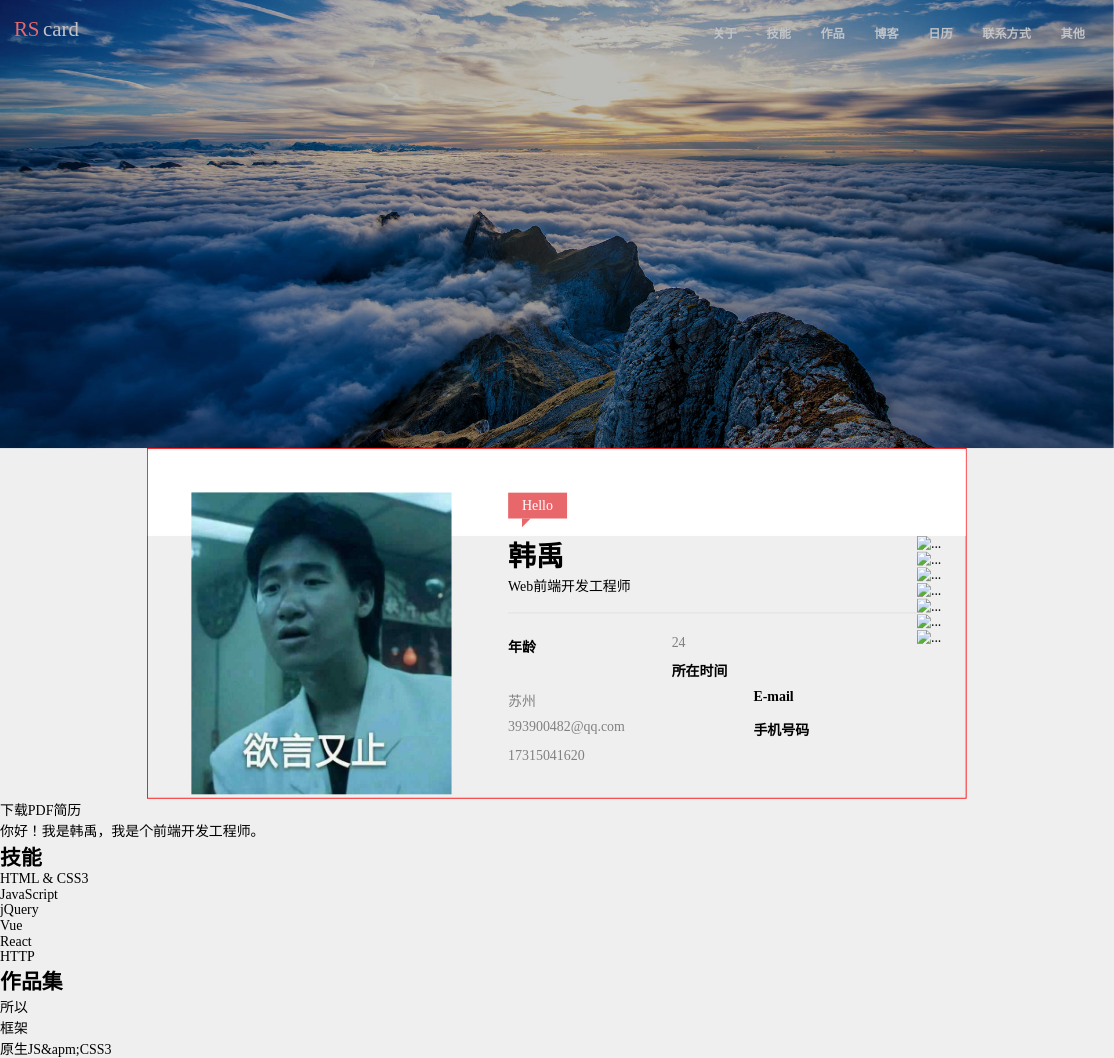
Repository: yorkHan/resume
Page: index.html
These files come from the project's save history. The page is drawn as it stood at one moment and after the next save; the edit follows.
The browser window is 1280 px wide. The pictures show the whole page, at 87% of full size.

Above is the page before, as saved 2018-04-09 23:38:33.

### index.html
<!DOCTYPE html>
<html lang="en">
<head>
    <meta charset="UTF-8">
    <meta name="viewport" content="width=device-width, initial-scale=1.0">
    <meta http-equiv="X-UA-Compatible" content="ie=edge">
    <title>Document</title>
    <link rel="stylesheet" href="./1.css">
</head>
<body>
    <div class="topNavBar clearfix">
        <div class="topNavBar-inner clearfix">
            <a class="logo" href="#" alt="logo" style="float:left;">
                <span class="rs">RS</span><span class="card">card</span>
            </a>
            <nav>
                <ul class="clearfix" style="float: right;">
                    <li><a href="#">关于</a></li>
                    <li><a href="#">技能</a></li>
                    <li><a href="#">作品</a></li>
                    <li><a href="#">博客</a></li>
                    <li><a href="#">日历</a></li>
                    <li><a href="#">联系方式</a></li>
                    <li><a href="#">其他</a></li>
                </ul>
            </nav>
        </div>
    </div>
    <div class="banner" style="background-image: url(./images/3.jpg)">
        <div class="mask"></div>
    </div>
    <main>
        <div class="usercard clearfix">
            <div class="textAndPicture">
                <div class="pic">
                    <img src="./images/avatar.png" style="width:299px;height:347px" alt="头像">
                </div>
                <div class="text">
                    <div class="profile">
                    <span class="welcome">Hello
                        <span class="triangle"></span>
                    </span>
                    <h1>韩禹</h1>
                    <p>Web前端开发工程师</p>
                    <hr>
                    <dl>
                        <dt>年龄</dt>
                        <dd>24</dd>
                        <dt>所在时间</dt>
                        <dd>苏州</dd>
                        <dt>E-mail</dt>
                        <dd>393900482@qq.com</dd>
                        <dt>手机号码</dt>
                        <dd>17315041620</dd>
                    </dl>
                </div>
                </div>
            </div>
            <footer class="media">
                <a href="#"><img src="#" alt="..."></a>
                <a href="#"><img src="#" alt="..."></a>
                <a href="#"><img src="#" alt="..."></a>
                <a href="#"><img src="#" alt="..."></a>
                <a href="#"><img src="#" alt="..."></a>
                <a href="#"><img src="#" alt="..."></a>
                <a href="#"><img src="#" alt="..."></a>
            </footer>
        </div>
        <a href="">下载PDF简历</a>
        <p>
            你好！我是韩禹，我是个前端开发工程师。
        </p>
    </main>
    <section>
        <h2>技能</h2>
        <ol>
            <li>HTML &amp; CSS3</li>
            <li>JavaScript</li>
            <li>jQuery</li>
            <li>Vue</li>
            <li>React</li>
            <li>HTTP</li>
        </ol>
    </section>
    <section>
        <h2>作品集</h2>
        <nav>
            <ol>
                <li>所以</li>
                <li>框架</li>
                <li>原生JS&apm;CSS3</li>
            </ol>
        </nav>
        <div class="jobs">
            <div class="big"></div>
            <div class='small'></div>
            <div class="small"></div>
        </div>
    </section>
</body>
</html>

### 1.css
body{
    background-color: #EFEFEF;
    margin: 0;
}
*{
    margin: 0;
    padding: 0;
}
a{
    color: inherit;
    text-decoration: none;
}
.clearfix::after{
    content: '';
    display: block;
    clear: both;
}
.topNavBar{
    padding: 20px 0px 20px 0px;
    position: fixed;
    top:0;
    left:0;
    width:100%;
}
.topNavBar-inner{
    padding: 0 16px;
}
.topNavBar nav>ul{
    list-style: none;
    margin: 0;
    padding: 0;
}
.topNavBar nav>ul>li{
    float: left;

}
.topNavBar nav>ul>li>a{
    display: block;
    font-size: 14px;
    font-weight: bold;
    color:#c1c3c7;
    margin-left: 17px;
    margin-right: 17px;
    padding-top: 5px;
    padding-bottom: 5px;
    border-top:3px solid transparent;
    border-bottom:3px solid transparent;
}
.topNavBar nav>ul>li>a:hover{
    border-bottom:3px solid #E8676B;
}
.topNavBar .logo{
    font-family: "Arial Rounded MT Bold";
    font-size: 24px;
}
.topNavBar .logo .rs{
    margin-right: 4px;
    color:#E8676B;
}
.topNavBar .logo .card {
    color:#c1c3c7;
}
.banner{
    height: 515px;
    background-position: center center;
    background-size:cover;
}
.banner .mask{
    height: 515px;
    background-color: rgba(0, 0, 0, 0.26);
}
.usercard{
    border:1px solid red;
    max-width: 940px;
    margin-left: auto;
    margin-right: auto;
}
.text .welcome{
    padding: 4px 16px;
    line-height: 22px;
    display: inline-block;
    background-color: #E8676B;
    color: white;
    position: relative;
}
.text h1{
    margin-top:18px;
}
hr{
    height: 0;
    border:none;
    border-top: 1px solid #DEDEDE;
}

.triangle{
    display: block;
    border: 10px solid transparent;
    width: 0;
    border-left-color:#E8676B;
    border-top:0;
    position: absolute;
    top:100%;
}
.usercard .pic{
    float: left;
}
.usercard .text{
    float: left;
    margin-left: 65px;
    width: 470px;
}
.usercard .text hr{
    margin: 20px 0px;
}
.usercard footer.media {
    float: none;
}
.textAndPicture{
    background-color: #FFF;
    padding: 50px;
}
.usercard dl dt{
    float: left;
    width: 40%;
    padding: 5px 0;
    font-weight: bold;
}
.usercard dl dd{
    float: left;
    width: 60%;
    padding: 5px 0;
    color: gray;
}

After the next save:
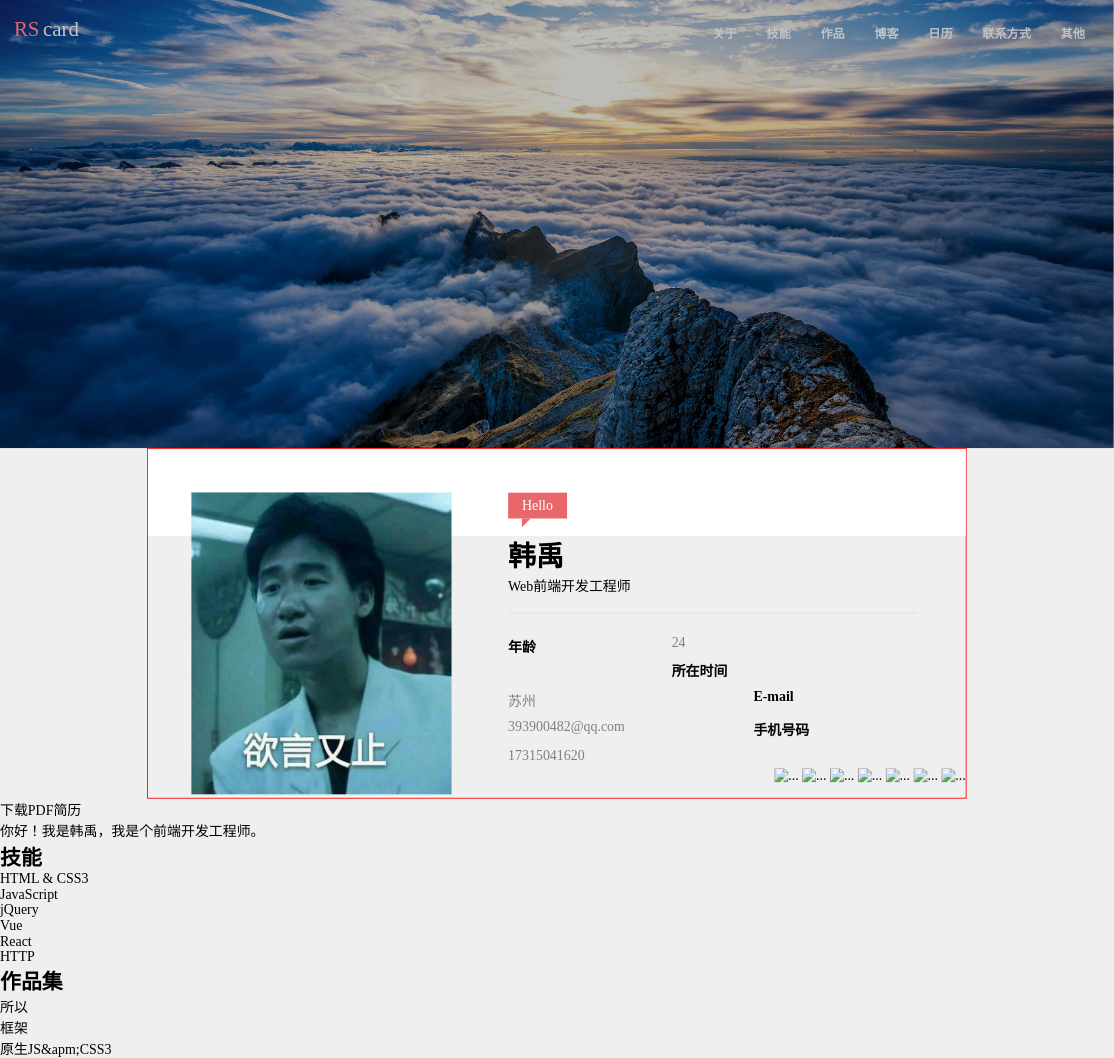
Saved 12 s later.
--- a/1.css
+++ b/1.css
@@ -113,7 +113,7 @@ hr{
     margin: 20px 0px;
 }
 .usercard footer.media {
-    float: none;
+    float: right;
 }
 .textAndPicture{
     background-color: #FFF;
